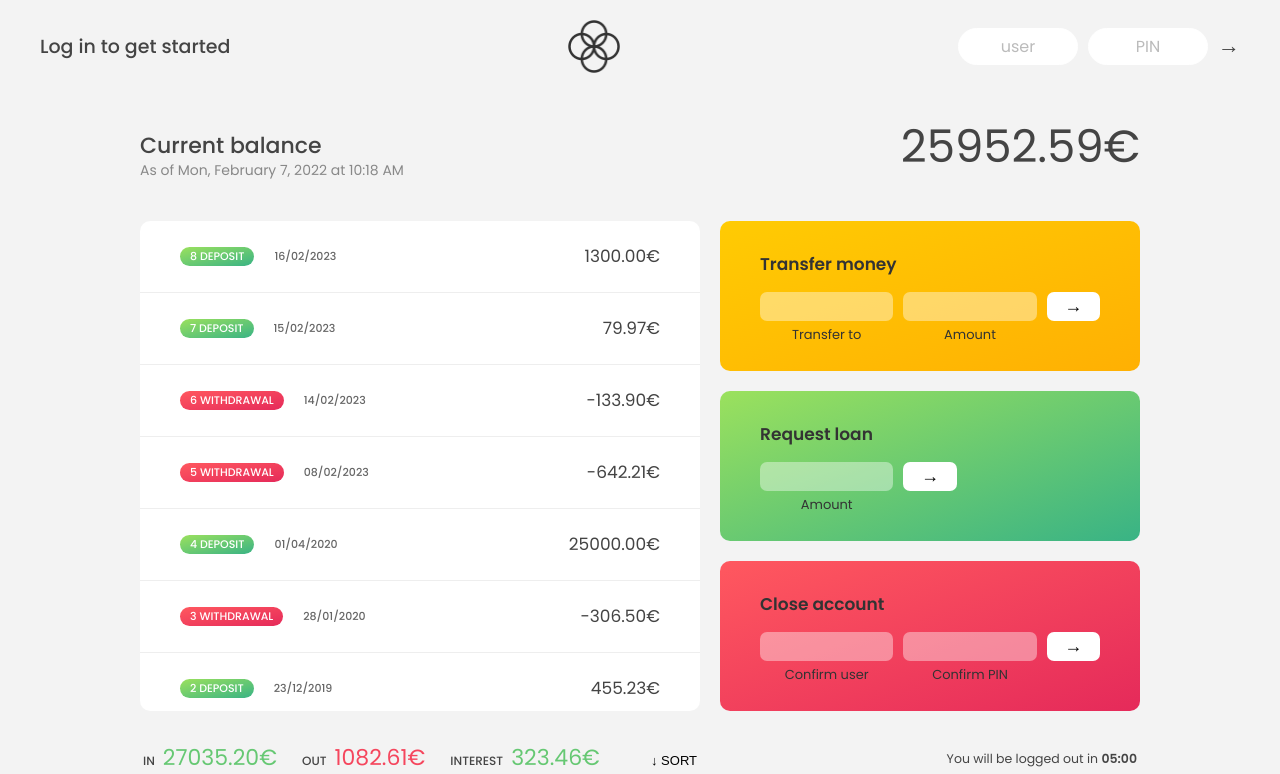
Repository: otvertka/jsc_12
Page: index.html
These files come from the project's save history. The page is drawn as it stood at one moment and after the next save; the edit follows.
The browser window is 1280 px wide. The pictures show the whole page.
An inner scrolling area shows only its first screen.

Above is the page before, as saved 2023-02-17 13:04:49.

### index.html
<!DOCTYPE html>
<html lang="en">
  <head>
    <meta charset="UTF-8" />
    <meta name="viewport" content="width=device-width, initial-scale=1.0" />
    <meta http-equiv="X-UA-Compatible" content="ie=edge" />
    <link rel="shortcut icon" type="image/png" href="/icon.png" />

    <link
      href="https://fonts.googleapis.com/css?family=Poppins:400,500,600&display=swap"
      rel="stylesheet"
    />

    <link rel="stylesheet" href="style.css" />
    <title>Bankist</title>
  </head>
  <body>
    <!-- TOP NAVIGATION -->
    <nav>
      <p class="welcome">Log in to get started</p>
      <img src="logo.png" alt="Logo" class="logo" />
      <form class="login">
        <input
          type="text"
          placeholder="user"
          class="login__input login__input--user"
        />
        <!-- In practice, use type="password" -->
        <input
          type="text"
          placeholder="PIN"
          maxlength="4"
          class="login__input login__input--pin"
        />
        <button class="login__btn">&rarr;</button>
      </form>
    </nav>

    <main class="app">
      <!-- BALANCE -->
      <div class="balance">
        <div>
          <p class="balance__label">Current balance</p>
          <p class="balance__date">
            As of <span class="date">05/03/2037</span>
          </p>
        </div>
        <p class="balance__value">0000€</p>
      </div>

      <!-- MOVEMENTS -->
      <div class="movements">
        <div class="movements__row">
          <div class="movements__type movements__type--deposit">2 deposit</div>
          <div class="movements__date">3 days ago</div>
          <div class="movements__value">4 000€</div>
        </div>
        <div class="movements__row">
          <div class="movements__type movements__type--withdrawal">
            1 withdrawal
          </div>
          <div class="movements__date">24/01/2037</div>
          <div class="movements__value">-378€</div>
        </div>
      </div>

      <!-- SUMMARY -->
      <div class="summary">
        <p class="summary__label">In</p>
        <p class="summary__value summary__value--in">0000€</p>
        <p class="summary__label">Out</p>
        <p class="summary__value summary__value--out">0000€</p>
        <p class="summary__label">Interest</p>
        <p class="summary__value summary__value--interest">0000€</p>
        <button class="btn--sort">&downarrow; SORT</button>
      </div>

      <!-- OPERATION: TRANSFERS -->
      <div class="operation operation--transfer">
        <h2>Transfer money</h2>
        <form class="form form--transfer">
          <input type="text" class="form__input form__input--to" />
          <input type="number" class="form__input form__input--amount" />
          <button class="form__btn form__btn--transfer">&rarr;</button>
          <label class="form__label">Transfer to</label>
          <label class="form__label">Amount</label>
        </form>
      </div>

      <!-- OPERATION: LOAN -->
      <div class="operation operation--loan">
        <h2>Request loan</h2>
        <form class="form form--loan">
          <input type="number" class="form__input form__input--loan-amount" />
          <button class="form__btn form__btn--loan">&rarr;</button>
          <label class="form__label form__label--loan">Amount</label>
        </form>
      </div>

      <!-- OPERATION: CLOSE -->
      <div class="operation operation--close">
        <h2>Close account</h2>
        <form class="form form--close">
          <input type="text" class="form__input form__input--user" />
          <input
            type="password"
            maxlength="6"
            class="form__input form__input--pin"
          />
          <button class="form__btn form__btn--close">&rarr;</button>
          <label class="form__label">Confirm user</label>
          <label class="form__label">Confirm PIN</label>
        </form>
      </div>

      <!-- LOGOUT TIMER -->
      <p class="logout-timer">
        You will be logged out in <span class="timer">05:00</span>
      </p>
    </main>

    <!-- <footer>
      &copy; by Jonas Schmedtmann. Don't claim as your own :)
    </footer> -->

    <script src="script.js"></script>
  </body>
</html>

### script.js
'use strict';

/////////////////////////////////////////////////
/////////////////////////////////////////////////
// BANKIST APP

/////////////////////////////////////////////////
// Data

// DIFFERENT DATA! Contains movement dates, currency and locale

const account1 = {
  owner: 'Jonas Schmedtmann',
  movements: [200, 455.23, -306.5, 25000, -642.21, -133.9, 79.97, 1300],
  interestRate: 1.2, // %
  pin: 1111,

  movementsDates: [
    '2019-11-18T21:31:17.178Z',
    '2019-12-23T07:42:02.383Z',
    '2020-01-28T09:15:04.904Z',
    '2020-04-01T10:17:24.185Z',
    '2023-02-08T14:11:59.604Z',
    '2023-02-14T17:01:17.194Z',
    '2023-02-15T23:36:17.929Z',
    '2023-02-16T10:51:36.790Z',
  ],
  currency: 'EUR',
  locale: 'pt-PT', // de-DE
};

const account2 = {
  owner: 'Jessica Davis',
  movements: [5000, 3400, -150, -790, -3210, -1000, 8500, -30],
  interestRate: 1.5,
  pin: 2222,

  movementsDates: [
    '2019-11-01T13:15:33.035Z',
    '2019-11-30T09:48:16.867Z',
    '2019-12-25T06:04:23.907Z',
    '2020-01-25T14:18:46.235Z',
    '2020-02-05T16:33:06.386Z',
    '2020-04-10T14:43:26.374Z',
    '2020-06-25T18:49:59.371Z',
    '2020-07-26T12:01:20.894Z',
  ],
  currency: 'USD',
  locale: 'en-US',
};

const accounts = [account1, account2];

/////////////////////////////////////////////////
// Elements
const labelWelcome = document.querySelector('.welcome');
const labelDate = document.querySelector('.date');
const labelBalance = document.querySelector('.balance__value');
const labelSumIn = document.querySelector('.summary__value--in');
const labelSumOut = document.querySelector('.summary__value--out');
const labelSumInterest = document.querySelector('.summary__value--interest');
const labelTimer = document.querySelector('.timer');

const containerApp = document.querySelector('.app');
const containerMovements = document.querySelector('.movements');

const btnLogin = document.querySelector('.login__btn');
const btnTransfer = document.querySelector('.form__btn--transfer');
const btnLoan = document.querySelector('.form__btn--loan');
const btnClose = document.querySelector('.form__btn--close');
const btnSort = document.querySelector('.btn--sort');

const inputLoginUsername = document.querySelector('.login__input--user');
const inputLoginPin = document.querySelector('.login__input--pin');
const inputTransferTo = document.querySelector('.form__input--to');
const inputTransferAmount = document.querySelector('.form__input--amount');
const inputLoanAmount = document.querySelector('.form__input--loan-amount');
const inputCloseUsername = document.querySelector('.form__input--user');
const inputClosePin = document.querySelector('.form__input--pin');

/////////////////////////////////////////////////
// Functions
const formatMovementDate = function (date) {
  const calcDaysPassed = (date1, date2) =>
    Math.round(Math.abs(date2 - date1) / (1000 * 60 * 60 * 24));

  const daysPassed = calcDaysPassed(new Date(), date);
  console.log(daysPassed);

  if (daysPassed === 0) return 'Today';
  if (daysPassed === 1) return 'Yesterday';
  if (daysPassed <= 7) return `${daysPassed} days ago`;

  const now = new Date();
  const day = `${date.getDate()}`.padStart(2, 0); // дата начинается с 01 (2 - колич. цифр, 0 - начало отсчёта)
  const month = `${date.getMonth() + 1}`.padStart(2, 0); // месяц начинается с 01 (2 - колич. цифр, 0 - начало отсчёта)
  const year = date.getFullYear();

  return `${day}/${month}/${year}`;
};

const displayMovements = function (acc, sort = false) {
  containerMovements.innerHTML = '';

  const movs = sort
    ? acc.movements.slice().sort((a, b) => a - b)
    : acc.movements;

  movs.forEach(function (mov, i) {
    const type = mov > 0 ? 'deposit' : 'withdrawal';

    const date = new Date(acc.movementsDates[i]);
    const displayDate = formatMovementDate(date);

    const html = `
      <div class="movements__row">
        <div class="movements__type movements__type--${type}">${
      i + 1
    } ${type}</div>
        <div class="movements__date">${displayDate}</div>
        <div class="movements__value">${mov.toFixed(2)}€</div>
      </div>
    `;

    containerMovements.insertAdjacentHTML('afterbegin', html);
  });
};

const calcDisplayBalance = function (acc) {
  acc.balance = acc.movements.reduce((acc, mov) => acc + mov, 0);
  labelBalance.textContent = `${acc.balance.toFixed(2)}€`;
};

const calcDisplaySummary = function (acc) {
  const incomes = acc.movements
    .filter(mov => mov > 0)
    .reduce((acc, mov) => acc + mov, 0);
  labelSumIn.textContent = `${incomes.toFixed(2)}€`;

  const out = acc.movements
    .filter(mov => mov < 0)
    .reduce((acc, mov) => acc + mov, 0);
  labelSumOut.textContent = `${Math.abs(out).toFixed(2)}€`;

  const interest = acc.movements
    .filter(mov => mov > 0)
    .map(deposit => (deposit * acc.interestRate) / 100)
    .filter((int, i, arr) => {
      // console.log(arr);
      return int >= 1;
    })
    .reduce((acc, int) => acc + int, 0);
  labelSumInterest.textContent = `${interest.toFixed(2)}€`;
};

const createUsernames = function (accs) {
  accs.forEach(function (acc) {
    acc.username = acc.owner
      .toLowerCase()
      .split(' ')
      .map(name => name[0])
      .join('');
  });
};
createUsernames(accounts);

const updateUI = function (acc) {
  // Display movements
  displayMovements(acc);

  // Display balance
  calcDisplayBalance(acc);

  // Display summary
  calcDisplaySummary(acc);
};

///////////////////////////////////////
// Event handlers
let currentAccount;

// FAKE ALWAYS LOGGED IN
currentAccount = account1;
updateUI(currentAccount);
containerApp.style.opacity = 100;

// Experimenting API
const now = new Date();
const options = {
  hour: 'numeric',
  minute: 'numeric',
  day: 'numeric',
  month: 'long',
  year: 'numeric',
  weekday: 'short',
};
labelDate.textContent = new Intl.DateTimeFormat('en-US', options).format(now); // ПЕреводим в формат страны

btnLogin.addEventListener('click', function (e) {
  // Prevent form from submitting
  e.preventDefault();

  currentAccount = accounts.find(
    acc => acc.username === inputLoginUsername.value
  );
  console.log(currentAccount);

  if (currentAccount?.pin === +inputLoginPin.value) {
    // Display UI and message
    labelWelcome.textContent = `Welcome back, ${
      currentAccount.owner.split(' ')[0]
    }`;
    containerApp.style.opacity = 100;

    // Create current date and time
    const now = new Date();
    const day = `${now.getDate()}`.padStart(2, 0); // дата начинается с 01 (2 - колич. цифр, 0 - начало отсчёта)
    const month = `${now.getMonth() + 1}`.padStart(2, 0); // месяц начинается с 01 (2 - колич. цифр, 0 - начало отсчёта)
    const year = now.getFullYear();
    const hour = `${now.getHours()}`.padStart(2, 0);
    const min = `${now.getMinutes()}`.padStart(2, 0);
    labelDate.textContent = `${day}/${month}/${year}, ${hour}: ${min}`;
    // day/month/year

    // Clear input fields
    inputLoginUsername.value = inputLoginPin.value = '';
    inputLoginPin.blur();

    // Update UI
    updateUI(currentAccount);
  }
});

btnTransfer.addEventListener('click', function (e) {
  e.preventDefault();
  const amount = +inputTransferAmount.value;
  const receiverAcc = accounts.find(
    acc => acc.username === inputTransferTo.value
  );
  inputTransferAmount.value = inputTransferTo.value = '';

  if (
    amount > 0 &&
    receiverAcc &&
    currentAccount.balance >= amount &&
    receiverAcc?.username !== currentAccount.username
  ) {
    // Doing the transfer
    currentAccount.movements.push(-amount);
    receiverAcc.movements.push(amount);

    // Add transfer date
    currentAccount.movementsDates.push(new Date().toISOString()); // добавляем текущую дату в поле транзакций
    receiverAcc.movementsDates.push(new Date().toISOString()); // добавляем текущую дату в поле транзакций

    // Update UI
    updateUI(currentAccount);
  }
});

btnLoan.addEventListener('click', function (e) {
  e.preventDefault();

  const amount = Math.floor(inputLoanAmount.value);

  if (amount > 0 && currentAccount.movements.some(mov => mov >= amount * 0.1)) {
    // Add movement
    currentAccount.movements.push(amount);

    //  добавляем текущую дату в поле кредитов
    currentAccount.movementsDates.push(new Date().toISOString()); // добавляем текущую дату в поле транзакций

    // Update UI
    updateUI(currentAccount);
  }
  inputLoanAmount.value = '';
});

btnClose.addEventListener('click', function (e) {
  e.preventDefault();

  if (
    inputCloseUsername.value === currentAccount.username &&
    +inputClosePin.value === currentAccount.pin
  ) {
    const index = accounts.findIndex(
      acc => acc.username === currentAccount.username
    );
    console.log(index);
    // .indexOf(23)

    // Delete account
    accounts.splice(index, 1);

    // Hide UI
    containerApp.style.opacity = 0;
  }

  inputCloseUsername.value = inputClosePin.value = '';
});

let sorted = false;
btnSort.addEventListener('click', function (e) {
  e.preventDefault();
  displayMovements(currentAccount.movements, !sorted);
  sorted = !sorted;
});

/////////////////////////////////////////////////
/////////////////////////////////////////////////
// LECTURES #1 Converting and Checking Numbers

console.log(23 === 23.0); // true
// Base 10 - 0 to 9
// Binary base 2 - 0 1
console.log(0.1 + 0.2); // 0.30000000000000004
console.log(0.1 + 0.2 === 0.3); // false

console.log(Number('23')); // 23
console.log(+'23'); // 23

// Parsing   Метод Number.parseInt() разбирает строковый аргумент и возвращает целое число. Этот метод ведёт себя идентично глобальной функции parseInt() и является частью ECMAScript 6 (его целью является модуляризация глобальных сущностей).
console.log(Number.parseInt('30px')); //30
// Метод Number.parseFloat() разбирает строковый аргумент и возвращает число с плавающей запятой.
console.log(Number.parseInt(' 2.5rem')); // 2
console.log(Number.parseFloat(' 2.5rem')); // 2.5

// console.log(parseFloat(' 2.5rem')); // 2.5

// Метод Number.isNaN() определяет, является ли переданное значение NaN. Это более надёжная версия оригинальной глобальной функции isNaN().
// Проверка, на значение is NaN
console.log(Number.isNaN(20)); // false
console.log(Number.isNaN('20')); // false
console.log(Number.isNaN(+'20X')); // true
console.log(Number.isNaN(23 / 0)); // Infinity// false

// Метод Number.isFinite() определяет, является ли переданное значение конечным числом.
// Проверка, это число или нет
console.log(Number.isFinite(20)); // true
console.log(Number.isFinite('20')); // false , т.к. это строка
console.log(Number.isFinite(+'20X')); // false
console.log(Number.isFinite(23 / 0)); // false ,  т.к. это Infinity

// Метод Number.isInteger() определяет, является ли переданное значение целым числом.
console.log(Number.isInteger(23)); // true
console.log(Number.isInteger(23.0)); // true
console.log(Number.isInteger(23 / 0)); // Infinity// false

/// LECT Math and Rounding
console.log(Math.sqrt(25)); // 5
console.log(25 ** (1 / 2)); // 5
console.log(8 ** (1 / 3)); // 2  кубический корень из 8 = 2

console.log(Math.max(5, 18, 23, 11, 2)); // 23
console.log(Math.max(5, 18, '23', 11, 2)); // 23
console.log(Math.max(5, 18, '23px', 11, 2)); // NaN

console.log(Math.min(5, 18, 23, 11, 2)); // 2

console.log(Math.PI * Number.parseFloat('10px') ** 2); // 314.1592653589793 . Считаем площадь круга, радиусом 10px

console.log(Math.trunc(Math.random() * 6) + 1); // Сгенерировать произвольные числа от 1- 5
// Функция генерирования случайных чисел в диапазоне мин - макс
const randomInt = (min, max) =>
  Math.floor(Math.random() * (max - min) + 1) + min;
// 0...1 -> 0...(max - min) -> min... max
console.log(randomInt(-10, 20));

// Округление целых чисел
console.log(Math.trunc(23)); // 23

console.log(Math.round(23.3)); // 23
console.log(Math.round(23.9)); // 24

console.log(Math.ceil(23.3)); // 24
console.log(Math.ceil(23.9)); // 24

console.log(Math.floor(23.3)); // 23
console.log(Math.floor('23.9')); // 23

console.log(Math.trunc(-23.3)); // - 23
console.log(Math.floor(-23.3)); // -24

// Округление десятичных чисел
console.log((2.7).toFixed(0)); // 3 возвращает СТРОКУ 3
console.log((2.7).toFixed(3)); // 2.700 возвращает СТРОКУ 3
console.log((2.345).toFixed(2)); // 2.35 возвращает СТРОКУ
console.log(+(2.345).toFixed(2)); // 2.35 возвращает ЧИСЛО

// LECT The Remainder Operator. Остаток от деления
console.log(5 % 2); // 1
console.log(8 % 3); // 2

console.log(6 % 2); // 0

const isEven = n => n % 2 === 0;
console.log(isEven(8)); // true
console.log(isEven(23)); // false
console.log(isEven(514)); // true

labelBalance.addEventListener('click', function () {
  [...document.querySelectorAll('.movements__row')].forEach(function (row, i) {
    // 0 , 2, 4, 6
    if (i % 2 === 0) row.style.backgroundColor = ' orangered'; //
    // 0, 3, 6, 9
    if (i % 3 === 0) row.style.backgroundColor = ' blue';
  });
});

// LECT . Numeric Separators . числовые разделители
// 287,460,000,000
const diametr = 287_460_000_000;
console.log(diametr); // 287460000000

const priceCents = 345_99;
console.log(priceCents); // 34599

const transferFee1 = 15_00;
const transferFee2 = 1_500;

const PI = 3.1415;
console.log(PI); /// 3.1415

console.log(Number('230_000')); // NaN
console.log(parseInt('230_000')); // 230

//  LECT . Working with BigInt. BigInt – это специальный числовой тип, который предоставляет возможность работать с целыми числами произвольной длины. Чтобы создать значение типа BigInt, необходимо добавить n в конец числового литерала или вызвать функцию BigInt, которая создаст число типа BigInt из переданного аргумента. Аргументом может быть число, строка и др.
console.log(2 ** 53 - 1); // 9007199254740991
console.log(Number.MAX_SAFE_INTEGER); // 9007199254740991
console.log(2 ** 53 + 1); // 9007199254740992
console.log(2 ** 53 + 2); // 9007199254740994
console.log(2 ** 53 + 3); // 9007199254740996
console.log(2 ** 53 + 4); // 9007199254740996

console.log(4932423432434234234234234234324234234234n);
console.log(BigInt(49324));

// Operations
console.log(10000n + 10000n); // 20000n
console.log(365435435345345435345345345435345n * 10000000n); // 3654354353453454353453453454353450000000n

const huge = 20289830233434343434n;
const num = 23;
// console.log(huge * num); // Ошибка. т.к. нельзя смешивать BigInt  другими типами
console.log(huge * BigInt(num)); // После конвертации будет работать 466666095368989898982n

// Исключения
console.log(20n > 15); // true
console.log(20n === 20); // false , т.к. разные типы
console.log(typeof 20n); // bigint
console.log(20n == '20'); // true

//
console.log(huge + ' is REALLY big !! ');

// Divisions.
console.log(11n / 3n); // 3n
console.log(10 / 3); // 3.3333333333333335

// LECT Creating Dates
// Create a date
// const now = new Date();
// console.log(now);

// console.log(new Date('Thu Feb 16 2023 15:12:06'));
// console.log(new Date('December 24, 2015'));
// console.log(new Date(account1.movementsDates[0]));

// console.log(new Date(2037, 10, 19, 15, 23, 5));
// console.log(new Date(2037, 10, 31)); // Tue Dec 01 , а не ноябрь

// console.log(new Date(0)); // Thu Jan 01 1970 03:00:00
// console.log(new Date(3 * 24 * 60 * 60 * 1000)); // Sun Jan 04 1970 03:00:00

// Working with Dates
// const future = new Date(2037, 10, 19, 15, 23, 5);
// console.log(future);
// console.log(future.getFullYear()); // 2037
// console.log(future.getMonth()); // 10
// console.log(future.getDay()); // 4
// console.log(future.getHours()); // 15
// console.log(future.getMinutes()); // 23
// console.log(future.getSeconds()); // 5
// console.log(future.toISOString()); // 2037-11-19T13:23:05.000Z
// console.log(future.getTime());

// console.log(new Date(2142249785000)); // Thu Nov 19 2037 15:23:05 GMT+0200 (Восточная Европа, стандартное время)

// console.log(Date.now()); // 1676554023559

// future.setFullYear(2040);
// console.log(future); // Mon Nov 19 2040 15:23:05 GMT+0200 (Восточная Европа, стандартное время)

// LECT Operations With Dates
const future = new Date(2037, 10, 19, 15, 23, 5);
console.log(+future);

const cacDaysPassed = (date1, date2) =>
  Math.abs(date2 - date1) / (1000 * 60 * 60 * 24);

const days1 = cacDaysPassed(new Date(2037, 3, 4), new Date(2037, 3, 14));
console.log(days1);

Loaded but not shown: style.css (297 lines, source omitted)

After the next save:
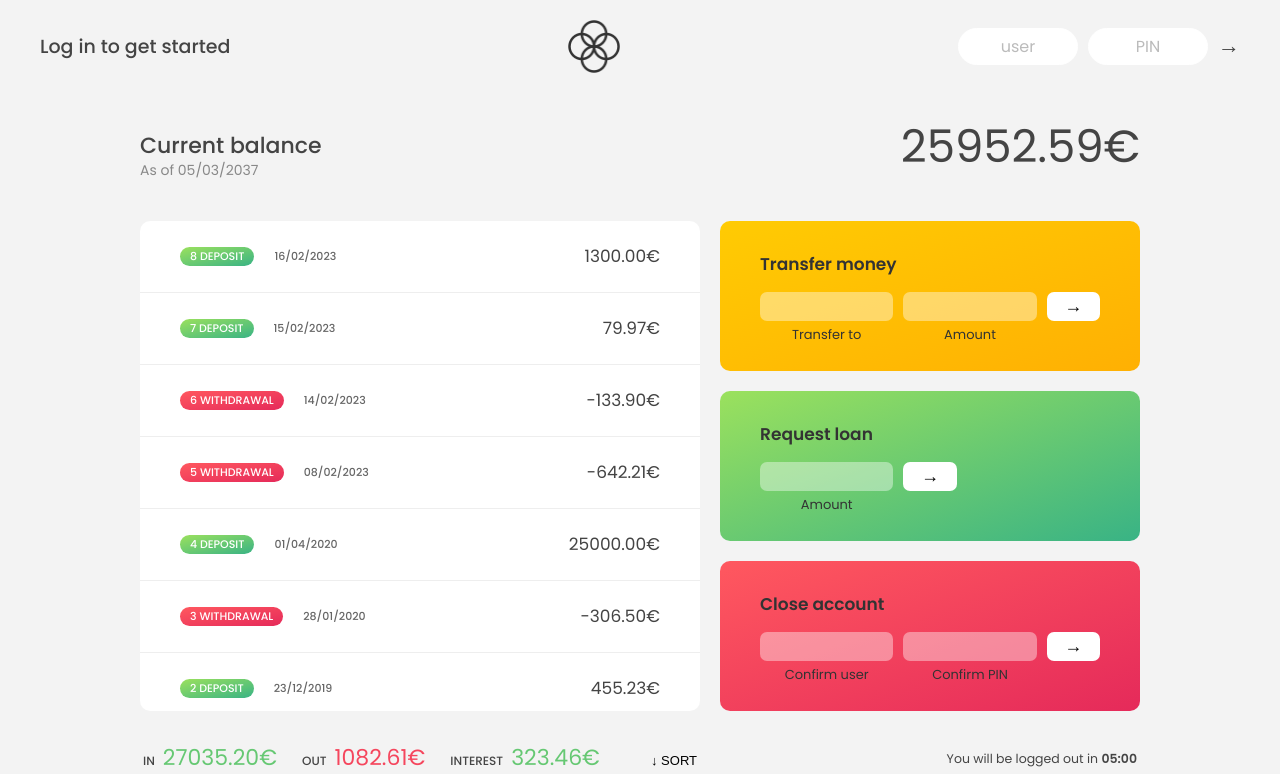
Console error (its wording comes from the project's code and is left out).
Saved 12 s later.
--- a/script.js
+++ b/script.js
@@ -192,7 +192,7 @@
   day: 'numeric',
   month: 'long',
   year: 'numeric',
-  weekday: 'short',
+  weekday: 'nero',
 };
 labelDate.textContent = new Intl.DateTimeFormat('en-US', options).format(now); // ПЕреводим в формат страны
 

After the save that followed:
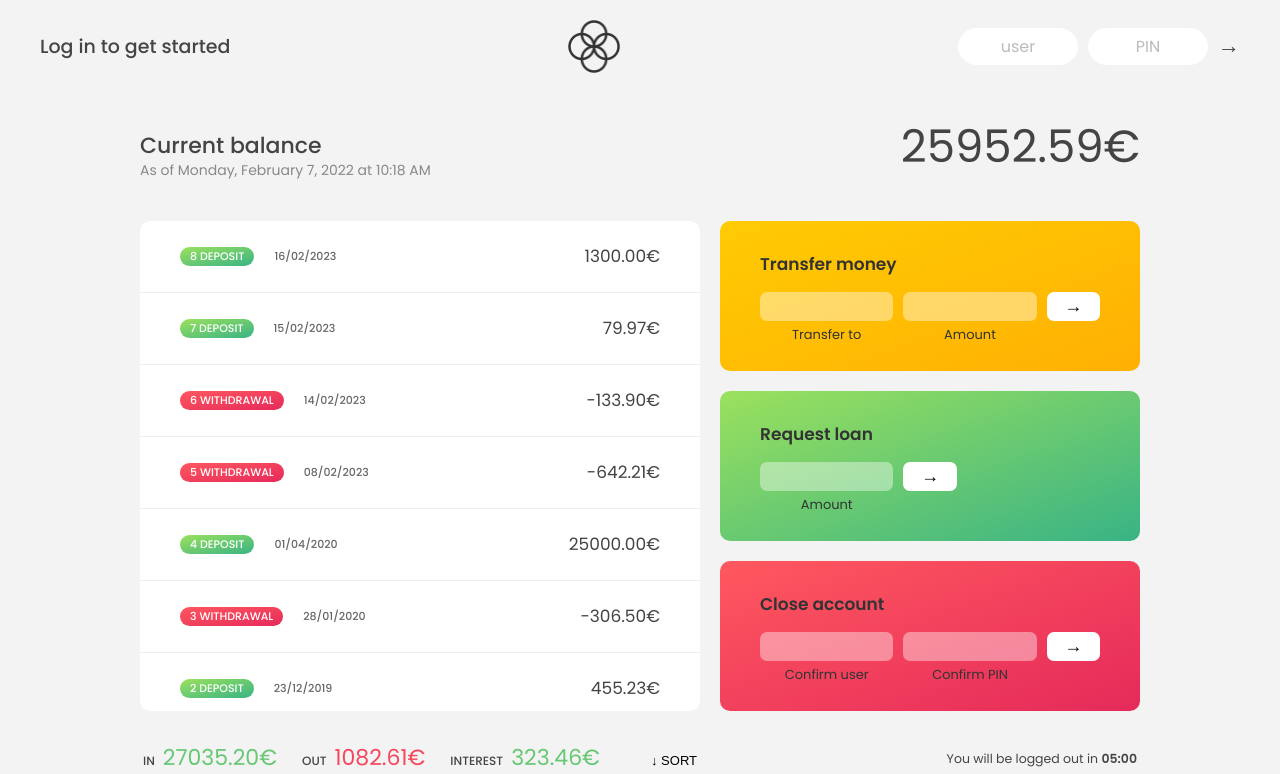
The error is gone.
Saved 5 s later.
--- a/script.js
+++ b/script.js
@@ -192,7 +192,7 @@
   day: 'numeric',
   month: 'long',
   year: 'numeric',
-  weekday: 'nero',
+  weekday: 'long',
 };
 labelDate.textContent = new Intl.DateTimeFormat('en-US', options).format(now); // ПЕреводим в формат страны
 
